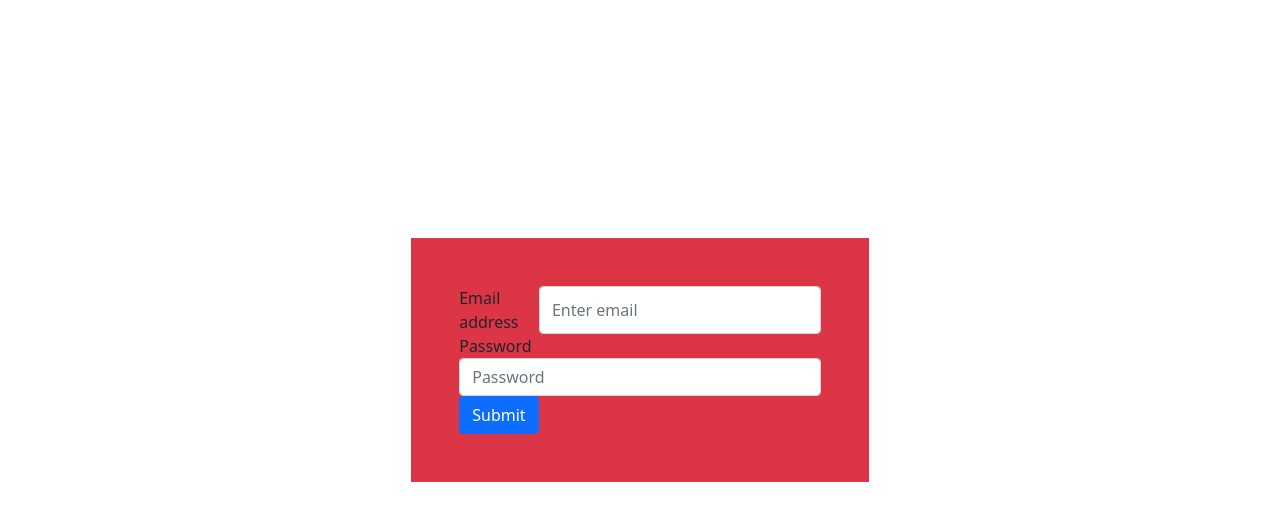
Repository: mariamkhaledsapra/E-Commerce-main
Page: /login
The author's editor kept a copy of each file at every save. The page is drawn from the files as they stood at one save, then again after the next save.
The browser window is 1280 px wide. The pictures show the whole page.
The project was rebuilt for these pictures with package versions that can differ from the ones it lists, and the page was loaded fresh each time. Also part of the build but not shown: src/App.css, src/components/Navbar.jsx, src/App.js.

Above is the page before, as saved 2024-02-13 21:59:30.

After the next save:
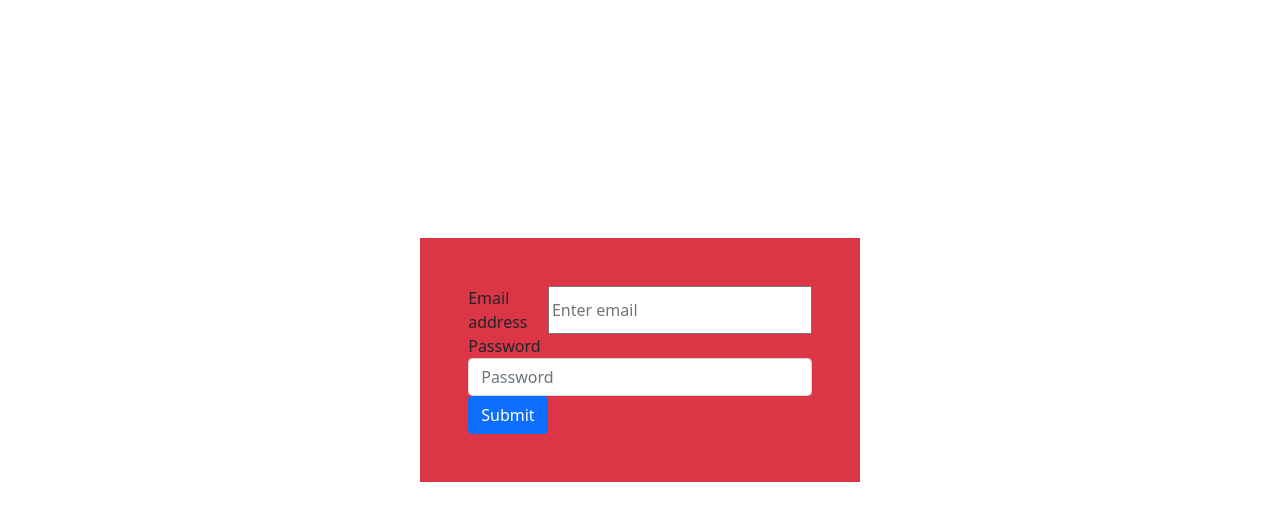
Saved 4 s later.
--- a/src/components/Login.jsx
+++ b/src/components/Login.jsx
@@ -11,7 +11,7 @@ const Login = () => {
 
               <input
                 type="email"
-                class="form-control w-100"
+                class=" w-100"
                 id="email"
                 placeholder="Enter email"
               />
